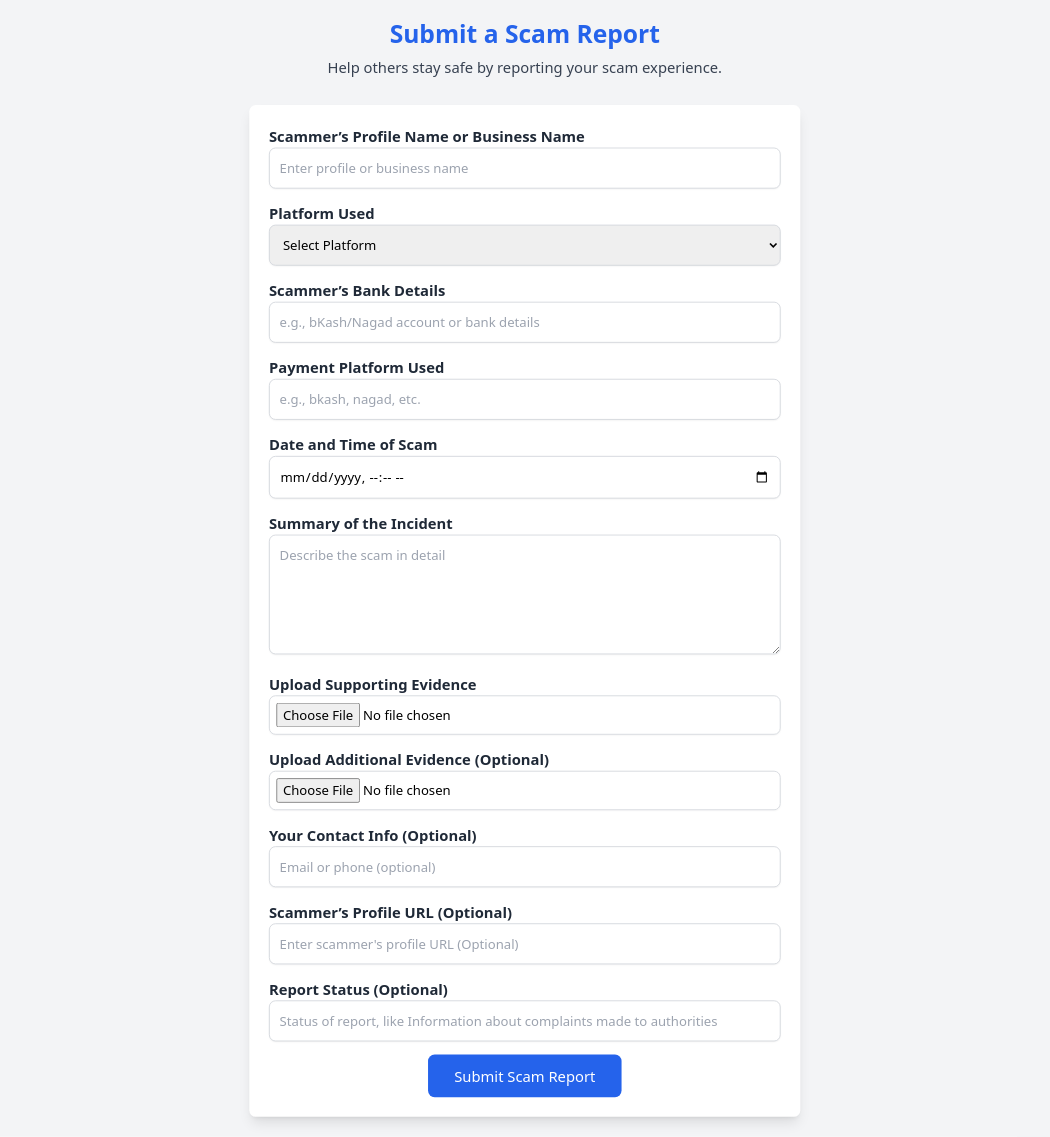
Repository: dev-athar/protarok
Page: /submit-scam
An editor plug-in stored every save of this project. The page is shown before and after the next save, followed by the edit.
The browser window is 1280 px wide. The pictures show the whole page, at 82% of full size.
The project was rebuilt for these pictures with package versions that can differ from the ones it lists, and the page was loaded fresh each time. Also part of the build but not shown: vite.config.ts, src/pages/HomePage.tsx, src/pages/SearchResultsPage.tsx.

Above is the page before, as saved 2024-12-29 15:26:19.

After the next save:
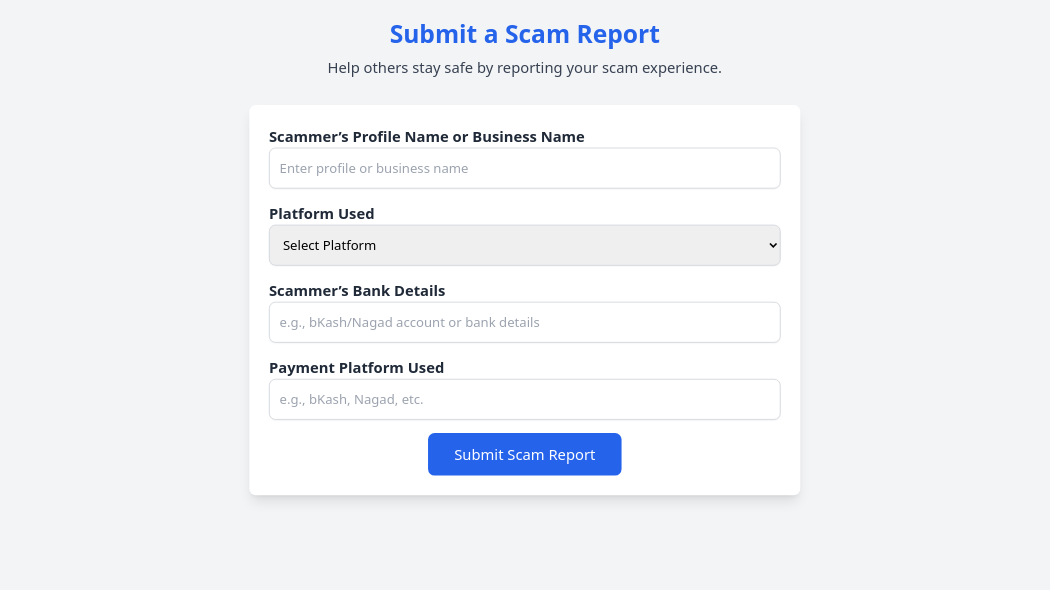
Saved 3 min 22 s later.
--- a/src/pages/SubmitScamPage.tsx
+++ b/src/pages/SubmitScamPage.tsx
@@ -1,4 +1,3 @@
-// src/pages/SubmitScamPage.js
 import { useState } from "react";
 
 const SubmitScamPage = () => {
@@ -12,7 +11,12 @@
     paymentMethod: "",
     additionalEvidence: null,
     victimContactInfo: "",
+    bankDetails: "",
+    paymentPlatform: "",
+    scamProfileUrl: "",
+    reportStatus: "",
   });
+
   const [isSubmitted, setIsSubmitted] = useState(false);
 
   const handleChange = (e) => {
@@ -47,6 +51,10 @@
       paymentMethod: "",
       additionalEvidence: null,
       victimContactInfo: "",
+      bankDetails: "",
+      paymentPlatform: "",
+      scamProfileUrl: "",
+      reportStatus: "",
     });
     setIsSubmitted(true);
 
@@ -153,142 +161,11 @@
               value={formData.paymentPlatform}
               onChange={handleChange}
               className="w-full p-3 border border-gray-300 rounded-lg shadow-sm focus:outline-none focus:ring-2 focus:ring-blue-500"
-              placeholder="e.g., bkash, nagad, etc."
+              placeholder="e.g., bKash, Nagad, etc."
             />
           </div>
 
-          {/* Date and Time of Scam */}
-          <div className="mb-4">
-            <label
-              htmlFor="dateOfScam"
-              className="block text-lg font-semibold text-gray-800"
-            >
-              Date and Time of Scam
-            </label>
-            <input
-              type="datetime-local"
-              id="dateOfScam"
-              name="dateOfScam"
-              value={formData.dateOfScam}
-              onChange={handleChange}
-              className="w-full p-3 border border-gray-300 rounded-lg shadow-sm focus:outline-none focus:ring-2 focus:ring-blue-500"
-              required
-            />
-          </div>
-
-          {/* Description */}
-          <div className="mb-4">
-            <label
-              htmlFor="description"
-              className="block text-lg font-semibold text-gray-800"
-            >
-              Summary of the Incident
-            </label>
-            <textarea
-              id="description"
-              name="description"
-              value={formData.description}
-              onChange={handleChange}
-              className="w-full p-3 border border-gray-300 rounded-lg shadow-sm focus:outline-none focus:ring-2 focus:ring-blue-500"
-              rows="5"
-              placeholder="Describe the scam in detail"
-              required
-            ></textarea>
-          </div>
-
-          {/* Supporting Evidence */}
-          <div className="mb-4">
-            <label
-              htmlFor="proof"
-              className="block text-lg font-semibold text-gray-800"
-            >
-              Upload Supporting Evidence
-            </label>
-            <input
-              type="file"
-              id="proof"
-              name="proof"
-              accept="image/*,.pdf"
-              onChange={handleFileChange}
-              className="w-full p-2 border border-gray-300 rounded-lg shadow-sm focus:outline-none focus:ring-2 focus:ring-blue-500"
-              required
-            />
-          </div>
-
-          {/* Additional Evidence */}
-          <div className="mb-4">
-            <label
-              htmlFor="additionalEvidence"
-              className="block text-lg font-semibold text-gray-800"
-            >
-              Upload Additional Evidence (Optional)
-            </label>
-            <input
-              type="file"
-              id="additionalEvidence"
-              name="additionalEvidence"
-              accept="image/*,.pdf"
-              onChange={handleFileChange}
-              className="w-full p-2 border border-gray-300 rounded-lg shadow-sm focus:outline-none focus:ring-2 focus:ring-blue-500"
-            />
-          </div>
-
-          {/* Victim Contact Info */}
-          <div className="mb-4">
-            <label
-              htmlFor="victimContactInfo"
-              className="block text-lg font-semibold text-gray-800"
-            >
-              Your Contact Info (Optional)
-            </label>
-            <input
-              type="text"
-              id="victimContactInfo"
-              name="victimContactInfo"
-              value={formData.victimContactInfo}
-              onChange={handleChange}
-              className="w-full p-3 border border-gray-300 rounded-lg shadow-sm focus:outline-none focus:ring-2 focus:ring-blue-500"
-              placeholder="Email or phone (optional)"
-            />
-          </div>
-
-          {/* Scammer Profile URL */}
-          <div className="mb-4">
-            <label
-              htmlFor="scamProfileUrl"
-              className="block text-lg font-semibold text-gray-800"
-            >
-              Scammer’s Profile URL (Optional)
-            </label>
-            <input
-              type="url"
-              id="scamProfileUrl"
-              name="scamProfileUrl"
-              value={formData.scamProfileUrl}
-              onChange={handleChange}
-              className="w-full p-3 border border-gray-300 rounded-lg shadow-sm focus:outline-none focus:ring-2 focus:ring-blue-500"
-              placeholder="Enter scammer's profile URL (Optional)"
-            />
-          </div>
-
-          {/* Report Status */}
-          <div className="mb-4">
-            <label
-              htmlFor="reportStatus"
-              className="block text-lg font-semibold text-gray-800"
-            >
-              Report Status (Optional)
-            </label>
-            <input
-              type="text"
-              id="reportStatus"
-              name="reportStatus"
-              value={formData.reportStatus}
-              onChange={handleChange}
-              className="w-full p-3 border border-gray-300 rounded-lg shadow-sm focus:outline-none focus:ring-2 focus:ring-blue-500"
-              placeholder="Status of report, like Information about complaints made to authorities"
-            />
-          </div>
+          {/* Other fields... */}
 
           {/* Submit Button */}
           <div className="text-center">

After the save that followed:
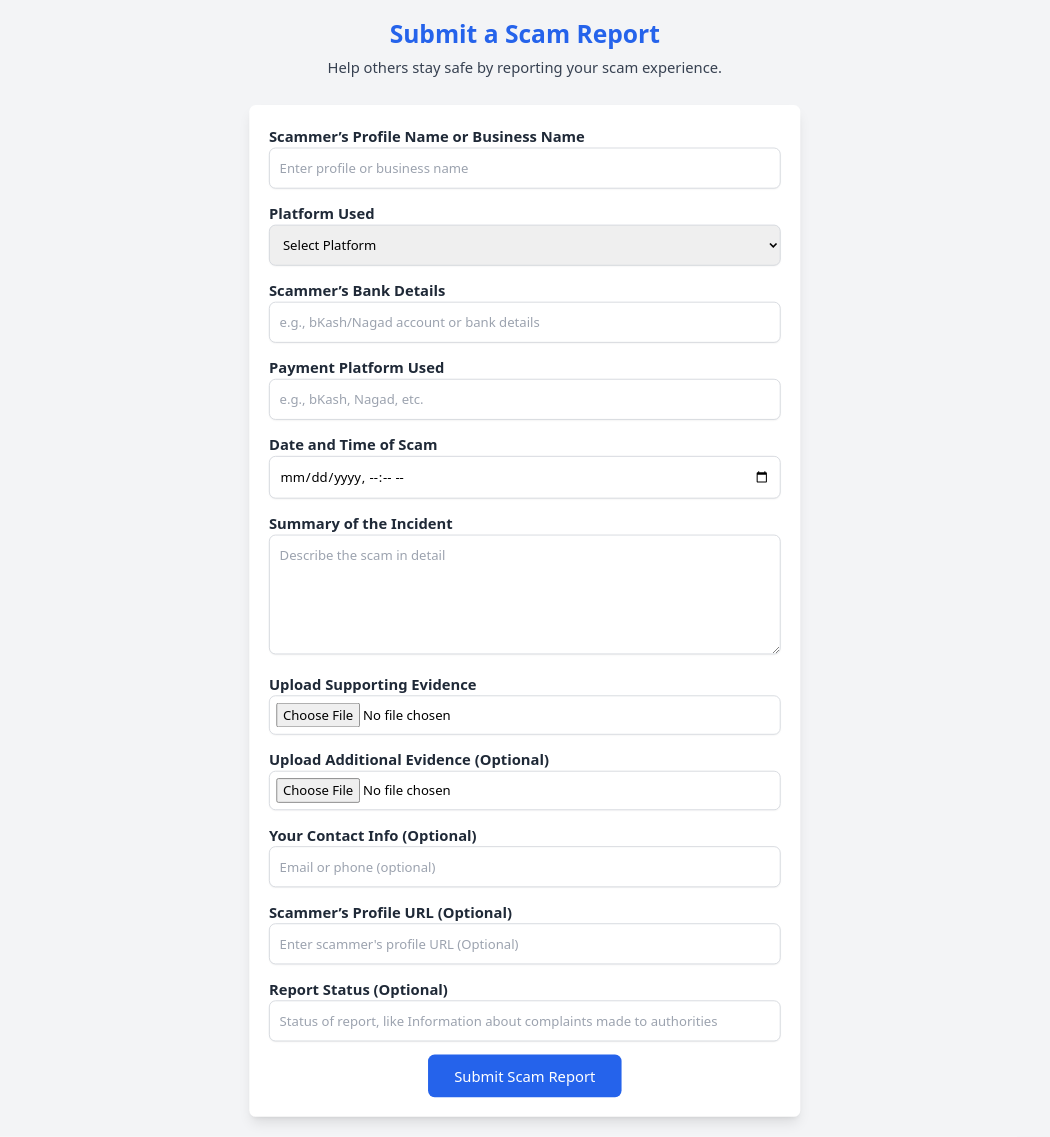
Saved 16 s later.
--- a/src/pages/SubmitScamPage.tsx
+++ b/src/pages/SubmitScamPage.tsx
@@ -165,7 +165,138 @@
             />
           </div>
 
-          {/* Other fields... */}
+          {/* Date and Time of Scam */}
+          <div className="mb-4">
+            <label
+              htmlFor="dateOfScam"
+              className="block text-lg font-semibold text-gray-800"
+            >
+              Date and Time of Scam
+            </label>
+            <input
+              type="datetime-local"
+              id="dateOfScam"
+              name="dateOfScam"
+              value={formData.dateOfScam}
+              onChange={handleChange}
+              className="w-full p-3 border border-gray-300 rounded-lg shadow-sm focus:outline-none focus:ring-2 focus:ring-blue-500"
+              required
+            />
+          </div>
+
+          {/* Description */}
+          <div className="mb-4">
+            <label
+              htmlFor="description"
+              className="block text-lg font-semibold text-gray-800"
+            >
+              Summary of the Incident
+            </label>
+            <textarea
+              id="description"
+              name="description"
+              value={formData.description}
+              onChange={handleChange}
+              className="w-full p-3 border border-gray-300 rounded-lg shadow-sm focus:outline-none focus:ring-2 focus:ring-blue-500"
+              rows="5"
+              placeholder="Describe the scam in detail"
+              required
+            ></textarea>
+          </div>
+
+          {/* Supporting Evidence */}
+          <div className="mb-4">
+            <label
+              htmlFor="proof"
+              className="block text-lg font-semibold text-gray-800"
+            >
+              Upload Supporting Evidence
+            </label>
+            <input
+              type="file"
+              id="proof"
+              name="proof"
+              accept="image/*,.pdf"
+              onChange={handleFileChange}
+              className="w-full p-2 border border-gray-300 rounded-lg shadow-sm focus:outline-none focus:ring-2 focus:ring-blue-500"
+              required
+            />
+          </div>
+
+          {/* Additional Evidence */}
+          <div className="mb-4">
+            <label
+              htmlFor="additionalEvidence"
+              className="block text-lg font-semibold text-gray-800"
+            >
+              Upload Additional Evidence (Optional)
+            </label>
+            <input
+              type="file"
+              id="additionalEvidence"
+              name="additionalEvidence"
+              accept="image/*,.pdf"
+              onChange={handleFileChange}
+              className="w-full p-2 border border-gray-300 rounded-lg shadow-sm focus:outline-none focus:ring-2 focus:ring-blue-500"
+            />
+          </div>
+
+          {/* Victim Contact Info */}
+          <div className="mb-4">
+            <label
+              htmlFor="victimContactInfo"
+              className="block text-lg font-semibold text-gray-800"
+            >
+              Your Contact Info (Optional)
+            </label>
+            <input
+              type="text"
+              id="victimContactInfo"
+              name="victimContactInfo"
+              value={formData.victimContactInfo}
+              onChange={handleChange}
+              className="w-full p-3 border border-gray-300 rounded-lg shadow-sm focus:outline-none focus:ring-2 focus:ring-blue-500"
+              placeholder="Email or phone (optional)"
+            />
+          </div>
+
+          {/* Scammer Profile URL */}
+          <div className="mb-4">
+            <label
+              htmlFor="scamProfileUrl"
+              className="block text-lg font-semibold text-gray-800"
+            >
+              Scammer’s Profile URL (Optional)
+            </label>
+            <input
+              type="url"
+              id="scamProfileUrl"
+              name="scamProfileUrl"
+              value={formData.scamProfileUrl}
+              onChange={handleChange}
+              className="w-full p-3 border border-gray-300 rounded-lg shadow-sm focus:outline-none focus:ring-2 focus:ring-blue-500"
+              placeholder="Enter scammer's profile URL (Optional)"
+            />
+          </div>
+
+          {/* Report Status */}
+          <div className="mb-4">
+            <label
+              htmlFor="reportStatus"
+              className="block text-lg font-semibold text-gray-800"
+            >
+              Report Status (Optional)
+            </label>
+            <input
+              type="text"
+              id="reportStatus"
+              name="reportStatus"
+              value={formData.reportStatus}
+              onChange={handleChange}
+              className="w-full p-3 border border-gray-300 rounded-lg shadow-sm focus:outline-none focus:ring-2 focus:ring-blue-500"
+              placeholder="Status of report, like Information about complaints made to authorities"
+            />
+          </div>
 
           {/* Submit Button */}
           <div className="text-center">
